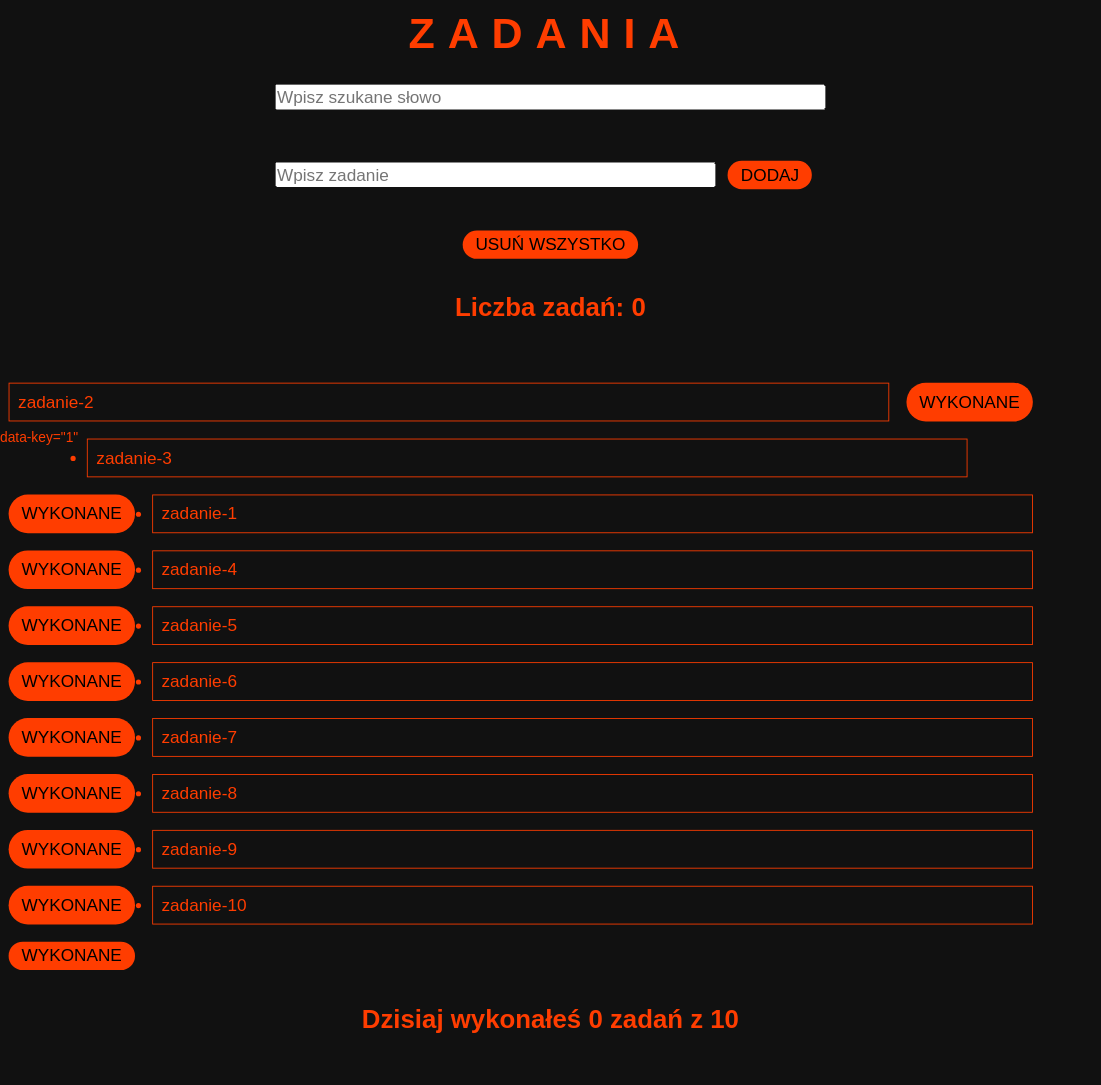
Repository: RobertDsr/To-Do-List
Page: index.html
These files come from the project's save history. The page is drawn as it stood at one moment and after the next save; the edit follows.
The browser window is 1280 px wide. The pictures show the whole page, at 86% of full size.
The style sheet was rebuilt from its Sass, Less or Tailwind sources for each picture, by a compiler version that may differ from the author's.

Above is the page before, as saved 2022-01-06 08:51:23.

### index.html
<!DOCTYPE html>
<html lang="en">

<head>
    <meta charset="UTF-8">
    <meta http-equiv="X-UA-Compatible" content="IE=edge">
    <meta name="viewport" content="width=device-width, initial-scale=1.0">
    <title>To Do List</title>
    <link rel="stylesheet" href="css/style.min.css">
</head>

<body>
    <section class="main-wrapper">
        <h1 class="title">ZADANIA</h1>
        <input class="search" type="text" placeholder="Wpisz szukane słowo">
        <form class="add-task" action="">
            <input class="add-task__input" type="text" placeholder="Wpisz zadanie">
            <button class="btn btn--small">DODAJ</button>
        </form>
        <button class="btn btn--large">USUŃ WSZYSTKO</button>
        <h2 class="title-count-task">Liczba zadań: <span class="count-task">0</span></h2>
            <ul class="list">
                <li data-key="1" class="list__item">zadanie-2</li>
                <button data-key="1" class="btn btn--medium">WYKONANE</button> data-key="1"
                <li data-key="2" class="list__item">zadanie-3</li>
                <button data-key="2" class="btn btn--medium">WYKONANE</button>
                <li data-key="3" class="list__item">zadanie-1</li>
                <button data-key="3" class="btn btn--medium">WYKONANE</button>
                <li data-key="4" class="list__item">zadanie-4</li>
                <button data-key="4" class="btn btn--medium">WYKONANE</button>
                <li data-key="5" class="list__item">zadanie-5</li>
                <button data-key="5" class="btn btn--medium">WYKONANE</button>
                <li data-key="6" class="list__item">zadanie-6</li>
                <button data-key="6" class="btn btn--medium">WYKONANE</button>
                <li data-key="7" class="list__item">zadanie-7</li>
                <button data-key="7" class="btn btn--medium">WYKONANE</button>
                <li data-key="8" class="list__item">zadanie-8</li>
                <button data-key="8" class="btn btn--medium">WYKONANE</button>
                <li data-key="9" class="list__item">zadanie-9</li>
                <button data-key="9" class="btn btn--medium">WYKONANE</button>
                <li data-key="10" class="list__item">zadanie-10</li>
                <button data-key="10" class="btn btn--medium">WYKONANE</button>
            </ul>
        <h2 class="title-count-task">Dzisiaj wykonałeś <span class="count-task">0</span> zadań z <span
                class="count-task">10</span></h2>
    </section>

    <script src="/js/main.js"></script>
</body>

</html>

### js/main.js
const removeTask = (e) => {
    const index = e.target.dataset.key;
    console.log(index);
    console.log(document.querySelector('li[data-key="${index}"]'));
}

document.querySelectorAll('.btn--medium').forEach(btn => btn.addEventListener('click', removeTask));
const li = document.querySelectorAll('list__item');

### sass/style.scss
@import "variables";
@import "reset";
@import "base";
@import "main";

### sass/_variables.scss
:root {
    --bg-main-color: rgb(17, 17, 17);
    --font-main-color: rgb(255, 61, 0);
    --btn-bg-color: rgb(255, 61, 0);
}

### sass/_base.scss
body {
    background-color: var(--bg-main-color);
    font-family: Arial, Helvetica, sans-serif;
    color: var(--font-main-color);
}

button {
    background-color: var(--btn-bg-color);
    border: none;
    margin: 10px;
    padding: 5px 15px;
    border-radius: 2em;
    font-size: 20px;
    cursor: pointer;
}

### sass/_main.scss
.main-wrapper {
    display: flex;
    flex-direction: column;
}

.title {
    margin: 10px;
    text-align: center;
    font-size: 50px;
    letter-spacing: 0.3em;
}

.search {
    margin: 20px auto;
    min-height: 30px;
    min-width: 50%;
    font-size: 20px;
}

.add-task {
    margin: 20px auto;
    min-width: 50%;
}

.add-task__input {
    margin: 20px auto;
    min-height: 30px;
    min-width: 80%;
    font-size: 20px;
}

.btn--large {
    margin: 10px auto;
}

.title-count-task {
    margin: 30px 30px 60px;
    text-align: center;
    font-size: 30px;
}

.list {
    display: flex;
    flex-wrap: wrap;
}

.list__item {
    flex-basis: 80%;
    font-size: 20px;
    margin: 10px;
    padding: 10px;
    border: 1px solid ;
}

Loaded but not shown: sass/_reset.scss (common file)

After the next save:
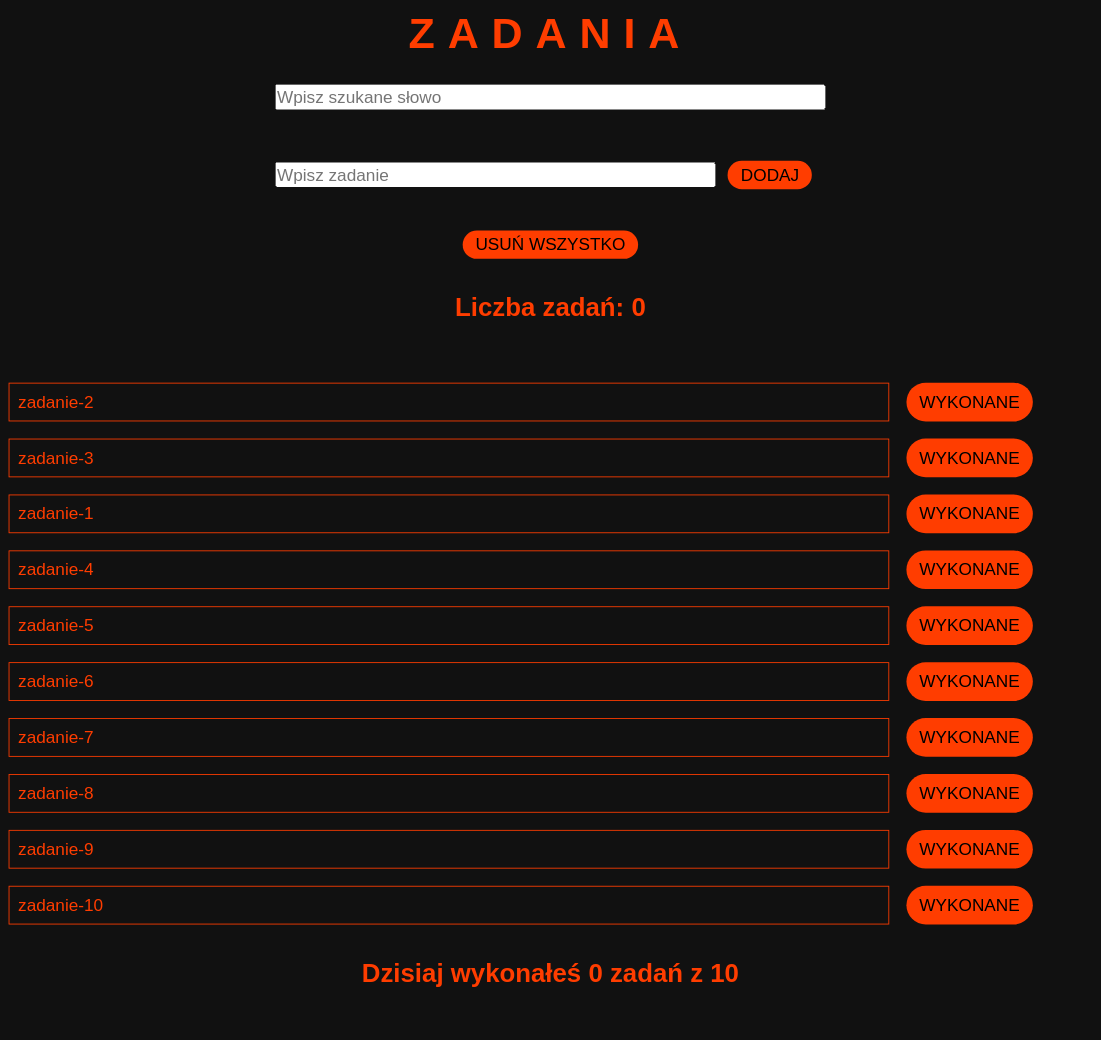
Saved 54 s later.
--- a/index.html
+++ b/index.html
@@ -21,7 +21,7 @@
         <h2 class="title-count-task">Liczba zadań: <span class="count-task">0</span></h2>
             <ul class="list">
                 <li data-key="1" class="list__item">zadanie-2</li>
-                <button data-key="1" class="btn btn--medium">WYKONANE</button> data-key="1"
+                <button data-key="1" class="btn btn--medium">WYKONANE</button>
                 <li data-key="2" class="list__item">zadanie-3</li>
                 <button data-key="2" class="btn btn--medium">WYKONANE</button>
                 <li data-key="3" class="list__item">zadanie-1</li>
